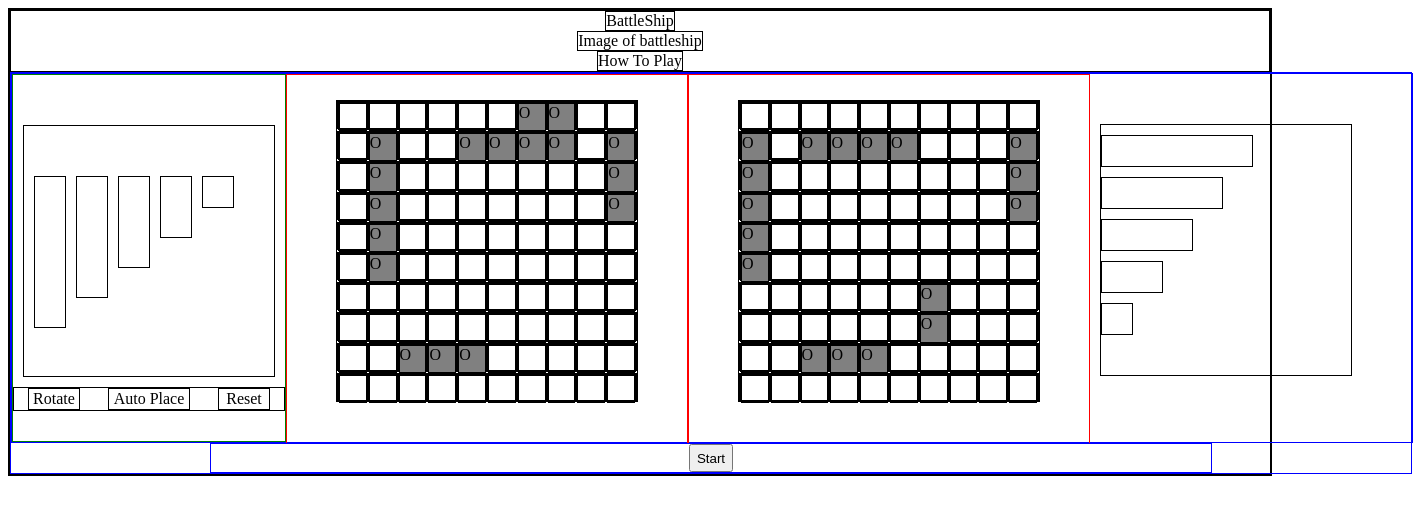
Repository: J-Haze/BattleshipApp
Page: /
The author's editor kept a copy of each file at every save. The page is drawn from the files as they stood at one save, then again after the next save.
The browser window is 1280 px wide. The page is 1413 px wide, so the pictures cover 1413 px, including what lies to the right of the window. The pictures show the whole page.
The project was rebuilt for these pictures with package versions that can differ from the ones it lists, and the page was loaded fresh each time. Also part of the build but not shown: src/index.css.

Above is the page before, as saved 2020-09-23 21:15:42.

### src/App.js
import React from "react";
import "./App.css";
import Game from "./Components/Game";
import Header from "./Components/Header"
// import { ProgressPlugin } from "webpack";

//test

function App() {
  return (
    <div className="App">
      <Header />
      <Game />
    </div>
  );
}

export default App;

### src/App.css
/* test */
:root{
    --black: #1B262C;
}


header {
    border: 1px solid black;

    display: flex;
    flex-direction: column;
    justify-content: center;
    align-items: center;

}

div {
    border: 1px solid black;
}

#how-to:hover{
    cursor: pointer;
}

#game{
    width: 1400px;
    height: 400px;
    display: flex;
    flex-direction: column;
    border: 1px solid blue;
    margin-left: auto;
    margin-right: auto;
}

.column{
    width: 400px;
    height: 100%;
    border: 1px solid red;
}

.board{
    height: 300px;
    width: 300px;
    margin-left: auto;
    margin-right: auto;
    margin-top: 25px;

    display: grid;
    grid-template-columns: repeat(1, 1fr);
    grid-template-rows: repeat(10, 1fr);
    gap: 2px;
}

.row{
    display: flex;
    /* height: 30px; */
    height: 1fr;
    width: 1fr;
}

.square{
    /* height: 100%;
    width: 10%; */
    display: flex;
    height: 100%;
    width: 10%;
}

.ship{
    background-color:gray;
    height: 100%;
    width: 100%;
}

.hit{
    background-color:red;
    height: 100%;
    width: 100%;
}

.miss{
    background-color:lightblue;
    height: 100%;
    width: 100%;
}

.sunk{
    background-color:black;
    height: 100%;
    width: 100%;
}

.empty{
    /* background-color: yellow; */
    height: 100%;
    width: 100%;
}

#top-row{
    display: flex;
    width: 1400px;
    height: 400px;
    border: 1px solid blue;
    margin-left: auto;
    margin-right: auto;
}

#bottom-row{
    display: flex;
    width: 1000px;
    height: 30px;
    border: 1px solid blue;
    margin-left: auto;
    margin-right: auto;
}

#start-button{
    margin-left: auto;
    margin-right: auto;
}

.fleet-horizontal{
    height: 250px;
    width: 250px;
    margin-top: 50px;
    margin-left: 10px;
    margin-right: 10px;
}

.ship-harbor-horizontal{
    height: 30px;
    margin-top: 10px;
}

.carrier-horizontal{
    width: 150px;
}

.battleship-horizontal{
    width: 120px;
}

.cruiser-horizontal{
    width: 90px;
}

.submarine-horizontal{
    width: 60px;
}

.destroyer-horizontal{
    width: 30px;
}

.fleet-vertical{
    display: flex;
    height: 250px;
    width: 250px;
    margin-top: 50px;
    margin-left: 10px;
    margin-right: 10px;
}

.ship-harbor-vertical{
    width: 30px;
    margin-left: 10px;
    margin-top: 50px;
}

.carrier-vertical{
    height: 150px;
}

.battleship-vertical{
    height: 120px;
}

.cruiser-vertical{
    height: 90px;
}

.submarine-vertical{
    height: 60px;
}

.destroyer-vertical{
    height: 30px;
}

.toggle{
    background-color: gray;
}

#setup{
    border: 1px solid green;
}

#setup-buttons{
    display: flex;
    margin-top: 10px;
}

.btn{
    height: 20px;
    display: flex;
    justify-content: center;
    align-items: center;
    margin-left: auto;
    margin-right: auto;

}

#rotate{
    width: 50px;
}

#auto-place{
    width: 80px;
}

#reset{
    width: 50px;
}

### src/Components/Header.js
import React from "react"
// import shipFactory from "../factories/ship"
// import gameboardFactory from "../factories/gameboard"
// import player from "../factories/player"


function Header() {
    return (
        <header>
            <div>BattleShip</div>
            <div> Image of battleship </div>
            <div id="how-to"> How To Play </div>
        </header>
    )
}


export default Header;

### src/factories/ship.js

const shipFactory = (shipLength) => {
    const shipNames = {
        1: 'Submarine',
        2: 'Destroyer',
        3: 'Cruiser',
        4: 'Battleship',
        5: 'Carrier',
    };

    const name = shipNames[shipLength];

    let ship = [];
    for (let i = 0; i < shipLength; i++) {
        ship.push([false, i, name])
    }

    let hit = (hitLocation) => {
        ship[hitLocation] = [true, hitLocation, name];
        console.log("Hit!", ship)
        console.log(`You've hit my ${name}`)
        // console.log("hits length", hit.length)
        // console.log("ship.length", ship.length)
        return ship
    }

    let isSunk = () => {
        let sunkStatus = false
        ship[0][0] == true ? sunkStatus = true : sunkStatus = false
        for (let square in ship) {
            // console.log("ship:", ship)
            // console.log(ship[square])
            sunkStatus = (ship[square][0] && sunkStatus)
        }
        // let sunkStatus = ship[0].every(Boolean);
        return sunkStatus
    }

    return {
        //id,
        name,
        shipLength,
        ship,
        hit,
        isSunk
    }
}

// const destroyer = shipFactory(2)
// const cruiser = shipFactory(3)
// const battleship = shipFactory(4)
// const carrier = shipFactory(5)

export default shipFactory;

//export default {shipFactory, destroyer, cruiser, battleship, carrier}

//Comment out with not testing
// module.exports = shipFactory;

### src/factories/gameboard.js
import shipFactory from "./ship"

const destroyer = shipFactory(2)
const submarine = shipFactory(3)
const cruiser = shipFactory(3)
const battleship = shipFactory(4)
const carrier = shipFactory(5)

const gameboardFactory = () => {
    let board = [];
    for (let a = 0; a <= 99; a++) {
        board.push(null)
    }
    // let boatsSunk = ["cruiser", "battleship", "carrier"];
    let boatsSunk = [];
    let allSunk = false;
    // let boatsPlaced = [];
    // let allPlaced = false;

    const placeShip = (shipName, shipLength, position, orient) => {
        //Checks for valid move
        let endPoint = 0;
        let closestEdge = 99;

        if (orient == "horizontal") {
            for (let b = position; b < (position + shipLength); b++) {
                if (board[b] != null) {
                    console.log("Illegal placement: ship already on square")
                    return board
                }
            };

            endPoint = ((position + shipLength - 1) / 10);
            closestEdge = ((Math.ceil(position / 10)) - 0.1);
        }

        if (orient == "vertical") {
            for (let c = position; c < (position + shipLength * 10); c += 10) {
                if (board[c] != null) {
                    console.log(`Illegal placement: ship already on square: ${c}`)
                    return board
                }
            };

            endPoint = ((position + ((shipLength - 1) * 10)));
            closestEdge = 99;
        }


        if ((endPoint > closestEdge)) {
            console.log("Illegal placement: over edge of board")
            return board
        }

        //Places the ship
        for (let square in board) {
            if ((position == square && (orient == "horizontal"))) {
                for (let z = position; z < (position + shipLength); z++) {
                    board.splice(z, 1, shipName.ship[z - position])
                }
                // console.log("HERE", shipName.ship)
                // boatsPlaced.push(shipName)
            } else if ((position == square && (orient == "vertical"))) {
                for (let z = position; z < (position + shipLength * 10); z += 10) {
                    // let w = Math.round(z/10)
                    // console.log(z)
                    board.splice(z, 1, shipName.ship[(z - position) / 10])
                }
            }
        }
        // console.log({ board })
        return board
    }

    const receiveAttack = (attackPosition) => {
        let attackID = board[attackPosition];

        //Change to if (board[attackPosition] != "false")
        if (board[attackPosition] == null) {
            console.log("Attack missed")
            board[attackPosition] = "miss";
            console.log("New Board Internal:", { board })
            return board
        }

        if ((attackID[0] == true) || (board[attackPosition] == "miss")) {
            console.log("Already guessed this position")
            return board
        }

        if (attackID[0] == false) {
            console.log("Receive Attack hit!")
            let hitLocation = attackID[1];
            let boatHitString = attackID[2];
            let boatHit = "";

            if (boatHitString == "Carrier") {
                boatHit = carrier;
            } else if (boatHitString == "Battleship") {
                boatHit = battleship;
            } else if (boatHitString == "Cruiser") {
                boatHit = cruiser;
            } else if (boatHitString == "Destroyer") {
                boatHit = destroyer;
            } else if (boatHitString == "Submarine") {
                boatHit = submarine;
            }

            console.log({ boatHit })

            boatHit.hit(hitLocation);
            board[attackPosition][0] = true;

            console.log("isSunk?", boatHit.isSunk())

            if (boatHit.isSunk()) {
                console.log(`Player's ${boatHitString} is sunk!`)
                //change all squares in boatHit from "hit" to "sunk"?
                //Or just have a pop up (i think the board game doesn't change to "sunk")
                boatsSunk.push(boatHitString)
                console.log({ boatsSunk })
            }

            if (boatsSunk.length > 4) {
                allSunk = true;
                console.log("ALL BOATS SUNK")
            }

            console.log("everyBoolean:", boatHit.ship[0])
            console.log("New Board:", { board })
            console.log("New Ship:", { boatHit })
        }

        return board

    }

    const getBoard = () => board;

    return {
        board,
        placeShip,
        // allPlaced,
        receiveAttack,
        allSunk
    }
}



export default gameboardFactory;

### src/factories/player.js
// import shipFactory from "./ship"
import gameboardFactory from "./gameboard"

const player = (playerName) => {
    // const submarine = shipFactory(1)
    // const destroyer = shipFactory(2)
    // const cruiser = shipFactory(3)
    // const battleship = shipFactory(4)
    // const carrier = shipFactory(5)
    const getBoard = gameboardFactory();
    const gameboard = getBoard;
    let attackCoord = 100;
    let index = 100;

    const squaresToGuess = [];

    for (let i = 0; i <= 99; i++) {
        squaresToGuess.push(i);
    }
    // console.log(squaresToGuess)

    //Randomly sends an attack
    const sendAttack = (coord) => {
        // if (playerName == "Computer") {
        // }

        if (playerName == "Player") {
            attackCoord = coord;
            index = squaresToGuess.indexOf(attackCoord);
            squaresToGuess.splice(index, 1);
        } else {
            // console.log("s2g", squaresToGuess.length - 1)
            attackCoord = Math.floor(Math.random() * (squaresToGuess.length - 1));
            index = squaresToGuess.indexOf(attackCoord);
            squaresToGuess.splice(index, 1);
        }

        // console.log({ attackCoord })
        console.log("squares to guess:", squaresToGuess)
        return attackCoord
    }



    //send attack will take coordinates and "send an attack" to the OPPOSING board
    //Need to make sure it has an array of 0-99 and takes away the guessed numbers from that array.
    //random between 0 and array.length

    return {
        gameboard,
        squaresToGuess,
        sendAttack
    }
}








export default player;

### src/Components/Board.js
import React, { useState, useEffect } from "react"
// import shipFactory from "../factories/ship"
// import gameboardFactory from "../factories/gameboard"
// import player from "../factories/player"
// import Square from "./Square.js"
import Row from "./Row.js"
// import Player from "./Player.js"

function Board(props) {
    let { id, board } = props;

    // console.log("123:", {board})
    // let squares = board;
    // console.log({ squares })

    const [rowState, setRows] = useState([]);

    // let rows = [];


    useEffect(() => {
        let rows = [];
        for (let i = 0; i < board.length; i += 10) {
            rows.push(board.slice(i, i + 10));
        }
        setRows(rows);
        // console.log("board:", board)
        // console.log("rows", rows)
        // console.log("New Rows:", rowState)
        // console.log("Use Effect Board")
    }, []
        // [board]
    );



    return (
        <div id={id} className="board">
            {/* {squareItems} */}
            {rowState.map((row, i) => {
                return (
                    <Row
                        key={i}
                        roww={i}
                        rowObj={row}
                    // position={[i, j]}
                    // position={square}
                    // key={square.}
                    // key={book.title}
                    // book={book}
                    // handleDelete={handleDelete}
                    // toggleRead={toggleRead}
                    // toggleReading={toggleReading}
                    // toggleNotRead={toggleNotRead}
                    />
                );
            })
            }
        </div>
    )
}

export default Board;

### src/Components/Row.js
import React, { useState, useEffect } from "react"
// import shipFactory from "../factories/ship"
// import gameboardFactory from "../factories/gameboard"
// import player from "../factories/player"
import Square from "./Square"

function Row(props) {
    let { roww, rowObj, handleClick } = props;

    // console.log({ rowObj });
    // const [rowwState, setRoww] = useState([roww]);

    // useEffect(() => {
    //     setRoww(roww);
    // },
    //     [roww]
    // );

    return (
        // <div className="row">
        //     {rowObj}
        // </div>
            <div className="row">
                {rowObj.map((square, j) => {
                    return (
                        <Square
                            key={j}
                            row={roww}
                            col={j}
                            squareObj={square}
                            handleClick={handleClick}
                        />
                    );
                })
                }
            </div>
    )
};
export default Row;

### src/Components/PlayerFleet.js
import React, { useState, useEffect } from "react"

function PlayerFleet(props) {

    console.log("key", props.key)
    console.log("id", props.id)

    console.log("orient", props.orient)

    let toggledCarrier = "";
    let toggledBattleship = "";
    let toggledCruiser = "";
    let toggledSubmarine = "";
    let toggledDestroyer = "";

    // useEffect(() => {
    //     if (props.placingShip == "carrier") {
    //         toggledCarrier = " toggle";
    //     } else {
    //         toggledCarrier = "";
    //     };
    // }, []
    // );

    if (props.placingShip == "carrier") {
        toggledCarrier = " toggle";
    } else {
        toggledCarrier = "";
    };

    if (props.placingShip == "battleship") {
        toggledBattleship = " toggle";
    } else {
        toggledBattleship = "";
    };

    if (props.placingShip == "cruiser") {
        toggledCruiser = " toggle";
    } else {
        toggledCruiser = "";
    };

    if (props.placingShip == "submarine") {
        toggledSubmarine = " toggle";
    } else {
        toggledSubmarine = "";
    };

    if (props.placingShip == "destroyer") {
        toggledDestroyer = " toggle";
    } else {
        toggledDestroyer = "";
    };




    if (props.orient == "horizontal") {
        return (
            <div id={props.id} className="fleet-horizontal" >
                <div className={`carrier-horizontal ship-harbor-horizontal${toggledCarrier}`} onClick={() => props.togglePlacement("carrier")}></div>
                <div className={`battleship-horizontal ship-harbor-horizontal${toggledBattleship}`} onClick={() => props.togglePlacement("battleship")}></div>
                <div className={`cruiser-horizontal ship-harbor-horizontal${toggledCruiser}`} onClick={() => props.togglePlacement("cruiser")}></div>
                <div className={`submarine-horizontal ship-harbor-horizontal${toggledSubmarine}`} onClick={() => props.togglePlacement("submarine")}></div>
                <div className={`destroyer-horizontal ship-harbor-horizontal${toggledDestroyer}`} onClick={() => props.togglePlacement("destroyer")}></div>
            </div >
        )
    } else {
        return (
            <div id={props.id} className="fleet-vertical" >
                <div className="carrier-vertical ship-harbor-vertical" ></div>
                <div className="battleship-vertical ship-harbor-vertical"></div>
                <div className="cruiser-vertical ship-harbor-vertical"></div>
                <div className="submarine-vertical ship-harbor-vertical"></div>
                <div className="destroyer-vertical ship-harbor-vertical"></div>
            </div >
        )
    }


};

export default PlayerFleet;

### src/Components/ComputerFleet.js
import React, { useState, useEffect } from "react"

function ComputerFleet(props) {

    console.log("key", props.key)
    console.log("id", props.id)

    let sunkCarrier = "";
    let sunkBattleship = "";
    let sunkCruiser = "";
    let sunkSubmarine = "";
    let sunkDestroyer = "";

    // useEffect(() => {
    //     if (props.placingShip == "carrier") {
    //         toggledCarrier = " toggle";
    //     } else {
    //         toggledCarrier = "";
    //     };
    // }, []
    // );

    // if (props.sunkCarrier == true) {
    //     toggledCarrier = " sunk";
    // } else {
    //     toggledCarrier = "";
    // };

    // if (props.placingShip == "battleship") {
    //     toggledBattleship = " sunk";
    // } else {
    //     toggledBattleship = "";
    // };

    // if (props.placingShip == "cruiser") {
    //     toggledCruiser = " sunk";
    // } else {
    //     toggledCruiser = "";
    // };

    // if (props.placingShip == "submarine") {
    //     toggledSubmarine = " sunk";
    // } else {
    //     toggledSubmarine = "";
    // };

    // if (props.placingShip == "destroyer") {
    //     toggledDestroyer = " sunk";
    // } else {
    //     toggledDestroyer = "";
    // };

    // props.sunkShips





    return (
        <div id={props.id} className="fleet-horizontal" >
            <div className={`carrier-horizontal ship-harbor-horizontal${sunkCarrier}`} ></div>
            <div className={`battleship-horizontal ship-harbor-horizontal${sunkBattleship}`} ></div>
            <div className={`cruiser-horizontal ship-harbor-horizontal${sunkCruiser}`} ></div>
            <div className={`submarine-horizontal ship-harbor-horizontal${sunkSubmarine}`} ></div>
            <div className={`destroyer-horizontal ship-harbor-horizontal${sunkDestroyer}`} ></div>
        </div >
    )


};

export default ComputerFleet;

### src/Components/Square.js
import React, { useState, useEffect } from "react"
// import shipFactory from "../factories/ship"
// import gameboardFactory from "../factories/gameboard"
// import player from "../factories/player"

function Square(props) {

    const id = (props.row * 10 + props.col)

    // if (props.squareObj != null) {
    //     console.log("ID and Object:", id, props.squareObj[0])
    // }

    // let renderedSquare = () => {

    // };

    return (
        <div className="square">
            {/* {row}
            {col} */}
            {(props.squareObj != null) ?
                ((props.squareObj[0] == false) ?
                    (<div className="ship" key={id} onClick={() => props.handleClick(id)}>O</div>) :
                    (props.squareObj[0] == true) ?
                        (<div className="hit" key={id}>X</div>) :
                        (props.squareObj[0] == "sunk") ?
                            (<div className="sunk" key={id}>X</div>) :
                            (props.squareObj == "miss") ?
                                (<div className="miss" key={id}>X</div>) :
                                (<div>error</div>)) :
                (<div className="empty" key={id} onClick={() => props.handleClick(id)}></div>)
                // return <div className="empty" onClick={() => handleClick(key)}></div>
            }
        </div>
    )
}

export default Square;

Loaded but not shown: public/index.html (common file); src/index.js (common file); src/serviceWorker.js (common file); src/Components/Game.js (203 lines, source omitted)

After the next save:
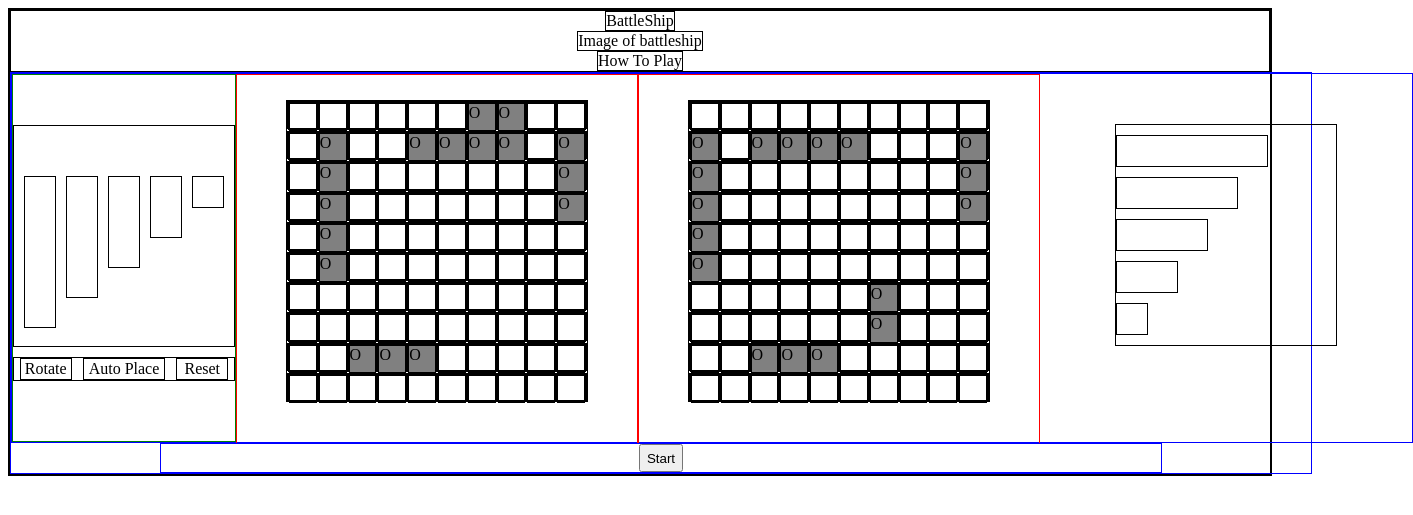
Saved 4 min 9 s later.
--- a/src/App.css
+++ b/src/App.css
@@ -23,7 +23,7 @@ div {
 }
 
 #game{
-    width: 1400px;
+    width: 1300px;
     height: 400px;
     display: flex;
     flex-direction: column;
@@ -120,11 +120,11 @@ div {
 }
 
 .fleet-horizontal{
-    height: 250px;
-    width: 250px;
+    height: 220px;
+    width: 220px;
     margin-top: 50px;
-    margin-left: 10px;
-    margin-right: 10px;
+    margin-left: auto;
+    margin-right: auto;
 }
 
 .ship-harbor-horizontal{
@@ -154,11 +154,11 @@ div {
 
 .fleet-vertical{
     display: flex;
-    height: 250px;
-    width: 250px;
+    height: 220px;
+    width: 220px;
     margin-top: 50px;
-    margin-left: 10px;
-    margin-right: 10px;
+    margin-left: auto;
+    margin-right: auto;
 }
 
 .ship-harbor-vertical{
@@ -207,7 +207,10 @@ div {
     align-items: center;
     margin-left: auto;
     margin-right: auto;
-
+}
+
+.btn:hover{
+    cursor: pointer;
 }
 
 #rotate{
